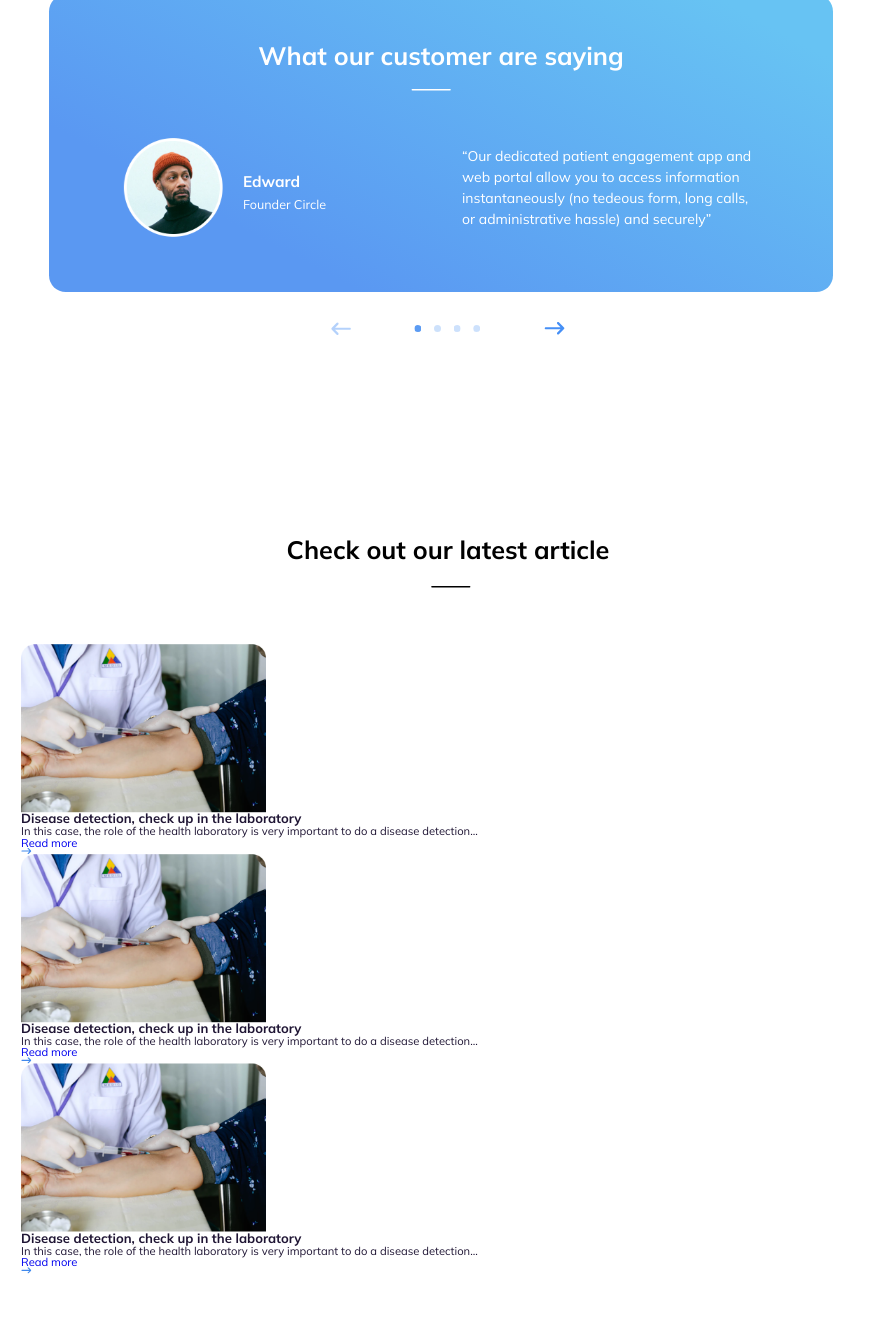
Repository: tungcutte35/Trafalgar
Page: index.html
These files come from the project's save history. The page is drawn as it stood at one moment and after the next save; the edit follows.
The browser window is 1280 px wide. The pictures show the part of the page from y = 3685 to 5605 px (the page is 5605 px tall), at 70% of full size.
The style sheet was rebuilt from its Sass, Less or Tailwind sources for each picture, by a compiler version that may differ from the author's.

Above is the page before, as saved 2021-10-19 15:58:42.

### index.html
<!DOCTYPE html>
<html lang="en">
<head>
  <meta charset="UTF-8">
  <meta http-equiv="X-UA-Compatible" content="IE=edge">
  <meta name="viewport" content="width=device-width, initial-scale=1.0">
  <title>Trafalgar</title>
  <link rel="stylesheet" href="./sass/css/app.css">
  <link rel="preconnect" href="https://fonts.googleapis.com">
  <link rel="preconnect" href="https://fonts.gstatic.com" crossorigin>
  <link href="https://fonts.googleapis.com/css2?family=Mulish:wght@300;400;700&display=swap" rel="stylesheet">
 <link rel="stylesheet" href="./font/fontawesome-free-5.15.4-web/css/all.min.css">
</head>
<body>
  <div class="wrapper">
    <header class="header">
    <div class="container">
      <div class="header-main">
        <img srcset="./Images/logo.png 2x" alt="" class="header-img">
        <ul class="menu">
          <li class="menu-item">
            <a href="#" class="menu-link menu-firsd">Home</a>
          </li>
          <li class="menu-item">
            <a href="#" class="menu-link">Find a doctor</a>
          </li>
          <li class="menu-item">
            <a href="#" class="menu-link">Apps</a>
          </li>
          <li class="menu-item">
            <a href="#" class="menu-link">Testimonials</a>
          </li>
          <li class="menu-item">
            <a href="#" class="menu-link">About us</a>
          </li>
          <li class="menu-log">
            <a href="#" class="button button--outline ">Login</a>
          </li>
          <li class="menu-log">
            <a href="#" class="button button--primary ">Logup</a>
          </li>
        </ul>
      </div>
    </div>
    </header>
    <section class="virtual">
      <div class="container">
        <div class="virtual-main">
          <div class="virtual-firsd">
            <h2 class="virtual-heading">Virtual
              for you</h2>
            <p class="text virtual-content">Trafalgar provides progressive, and affordable healthcare, accessible on mobile and online for everyone</p>
            <a href="#" class="button button--primary">Consult today</a>
          </div>
          <div class="virtual-img">
            <img srcset="./Images/img1.png 2x" alt="" class="virtual-imgs">
          </div>
        </div>
      </div>
    </section>
    <secction class="sevices">
      <div class="container">
        <div class="sevices-header">
          <h3 class="heading sevices-heading">Our services</h3>
          <p class="text sevices-content">We provide to you the best choiches for you. Adjust it to your health needs and make sure your undergo treatment with our highly qualified doctors you can consult with us which type of service is suitable for your health</p>
        </div>
        <div class="sevices-main">
          <div class="sevices-item">
            <div class="sevices-price">
            <img class="sevices-img" srcset="./Images/icon1.png 2x" alt="">
            </div>
            <h4 class="heading sevices-title">Search doctor</h4>
            <p class="text sevices-desc">Choose your doctor from thousands of specialist, general, and trusted hospitals</p>
          </div>
          <div class="sevices-item">
            <div class="sevices-price">
            <img class="sevices-img" srcset="./Images/icon2.png 2x" alt="">
            </div>
            <h4 class="heading sevices-title">Online pharmacy</h4>
            <p class="sevices-desc">Buy  your medicines with our mobile application with a simple delivery system</p>
          </div>
          <div class="sevices-item">
            <div class="sevices-price">
            <img class="text sevices-img" srcset="./Images/icon3.png 2x" alt="">
            </div>
            <h4 class="heading sevices-title">Consultation</h4>
            <p class="sevices-desc">Free consultation with our trusted doctors and get the best recomendations</p>
          </div>
          <div class="sevices-item">
            <div class="sevices-price">
            <img class="sevices-img" srcset="./Images/icon4.png 2x" alt="">
            </div>
            <h4 class="heading sevices-title">Details info</h4>
            <p class="text sevices-desc">Free consultation with our trusted doctors and get the best recomendations</p>
          </div>
          <div class="sevices-item">
            <div class="sevices-price">
            <img class="sevices-img" srcset="./Images/icon5.png 2x" alt="">
            </div>
            <h4 class="heading sevices-title">Emergency care</h4>
            <p class="text sevices-desc">You can get 24/7 urgent care for yourself or your children and your lovely family</p>
          </div>
          <div class="sevices-item">
            <div class="sevices-price">
            <img class="sevices-img" srcset="./Images/icon6.png 2x" alt="">
            </div>
            <h4 class="heading sevices-title">Tracking</h4>
            <p class="text sevices-desc">Track and save your medical history and health data </p>
          </div>
        </div>
        <a href="" class="button button--outline sevices-more">Learn more</a>
      </div>
    </secction>
    <section class="lead">
      <div class="container">
        <div class="lead-main">
          <div class="lead-img">
            <img srcset="./Images/img2.png 2x" alt="">
          </div>
          <div class="lead-firsd">
            <h3 class="heading lead-heading">
              Leading healthcare providers
            </h3>
          <div class="lead-title">
            <p class="text lead-content">
              Trafalgar provides progressive, and affordable healthcare, accessible on mobile and online for everyone. To us, it’s not just work. We take pride in the solutions we deliver
            </p>
          </div>
            <a href="#" class="button button--outline">Learn more</a>
          </div>


        </div>
      </div>
    </section>
    <section class="download">
      <div class="container">
        <div class="download-main">
          <div class="dowload-firds">
            <h3 class="heading download-heading">
              Download our mobile apps
            </h3>
            <p class="text download-content">
              Our dedicated patient engagement app and web portal allow you to access information instantaneously (no tedeous form, long calls, or administrative hassle) and securely
            </p>
            <a href="#" class="button button--outline">
              <span>Download</span>
              <img class="download-icon" src="./Images/Bottom.svg" alt="">
            </a>
          </div>
          <img srcset="./Images/img3.png 2x" alt="" class="download-img">
        </div>
      </div>
    </section>
    <section class="customer">
      <div class="container">
        <div class="customer-main">
          <div class="customer-firds">
            <h3 class="heading customer-heading">
              What our customer are saying
            </h3>
          </div>
          <div class="customer-seconds">
            <div class="customer-highlight">
              <img class="customer-img" srcset="./Images/avt.png 2x" alt="">
              <div class="customer-name">
                <p class="heading customer-name-firsd">Edward</p>
                <p class="customer-name-seconds">
                  Founder Circle
                </p>
              </div>
            </div>
            <div class="customer-contents">
              <p class="customer-content">
                “Our dedicated patient engagement app and web portal allow you to access information instantaneously (no tedeous form, long calls, or administrative hassle) and securely”
              </p>
            </div>
          </div>
        </div>
        <div class="customer-toolbar">
         <div class="customer-left">
          <img src="./Images/Left.svg " alt="" class="img-left">
         </div>
         <ul class="customer-list">
           <li class="customer-item">
             <img src="./Images/dots.svg " alt="">
           </li>
           <li class="customer-item">
            <img src="./Images/dots-opa.svg " alt="">
          </li>
          <li class="customer-item">
            <img src="./Images/dots-opa.svg " alt="">
          </li>
          <li class="customer-item">
            <img src="./Images/dots-opa.svg " alt="">
          </li>
         </ul>
         <div class="customer-right">
          <img src="./Images/Right.svg " alt="" class="img-left">
         </div>
        </div>
      </div>
    </section>
    <section class="checkout">
      <div class="container">
        <div class="checkout-main">
          <div class="checkout-header">
            <h3 class="checkout-heading heading">Check out our latest article</h3>
          </div>
          <div class="checkout-list">
            <div class="checkout-item">
              <div class="checkout-img">
                <img srcset="./Images/desc1.png 2x" alt="">
              </div>
              <div class="checkout-desc">
                <h3 class="checkout-title">
                  Disease detection, check
                  up in the laboratory
                </h3>
                <p class="checkout-content">
                  In this case, the role of the health laboratory is very important to do a disease detection...
                </p>
                <a href="#" class="checkout-more">
                  Read more
                  <img src="./Images/Right-more.svg " alt="">
                </a>
              </div>
            </div>
            <div class="checkout-item">
              <div class="checkout-img">
                <img srcset="./Images/desc1.png 2x" alt="">
              </div>
              <div class="checkout-desc">
                <h3 class="checkout-title">
                  Disease detection, check
                  up in the laboratory
                </h3>
                <p class="checkout-content">
                  In this case, the role of the health laboratory is very important to do a disease detection...
                </p>
                <a href="#" class="checkout-more">
                  Read more
                  <img src="./Images/Right-more.svg " alt="">
                </a>
              </div>
            </div>
            <div class="checkout-item">
              <div class="checkout-img">
                <img srcset="./Images/desc1.png 2x" alt="">
              </div>
              <div class="checkout-desc">
                <h3 class="checkout-title">
                  Disease detection, check
                  up in the laboratory
                </h3>
                <p class="checkout-content">
                  In this case, the role of the health laboratory is very important to do a disease detection...
                </p>
                <a href="#" class="checkout-more">
                  Read more
                  <img src="./Images/Right-more.svg " alt="">
                </a>
              </div>
            </div>
          </div>
        </div>
      </div>
    </section>
  </div>
<!-- sass app.scss css/app.css --watch -->

</body>
</html>

### sass/app.scss
@import "reset";
@import "variables";
@import "global";
@import "header";
@import "./menu";
@import "./virtual";
@import "./sevices";
@import "./lead";
@import "./download";
@import "./customer";
@import "./checkout";

### sass/_variables.scss
$font: "Mulish", sans-serif;
$gray: #1f1534;
$heading-color: #000000;
$primary-color: #458ff6;
$footer-color: #fff;
$text-color: #7d7987;

### sass/_global.scss
.wrapper {
  max-width: 1600px;
  margin: 0 auto;
}
.container {
  max-width: 1260px;
  margin: 0 auto;
  padding: 0 20px;
}
body {
  font-family: $font;
  line-height: 1;
  font-size: 16px;
  color: $gray;
}
ul {
  list-style-type: none;
}
.button {
  display: inline-flex;
  justify-content: center;
  align-items: center;
  font-size: 18px;
  font-weight: 700;
  height: 50px;
  padding: 0 40px;
  border-radius: 55px;
  background-color: transparent;
  border: 0;
  outline: none;
  cursor: pointer;
  &--primary {
    color: #fff;
    background-color: $primary-color;
  }
  &--outline {
    color: $primary-color;
    border: 1.4px solid $primary-color;
  }
}
.heading {
  color: black;
  font-weight: 700;
}
.text {
  font-size: 18px;
  font-weight: 300;
  color: $text-color;
  line-height: calc(30 / 18);
}

### sass/_header.scss
.header {
  padding-top: 56px;
  margin-bottom: 70px;
  &-main {
    display: flex;
    justify-content: space-between;
    align-items: center;
  }
  &-log {
    display: flex;
    justify-content: space-between;
    align-items: center;
    gap: 0 40px;
  }
}

### sass/_menu.scss
.menu {
  display: flex;
  align-items: center;
  gap: 0 30px;
  &-link {
    color: #8f8a9a;
    font-size: 18px;
  }
  &-firsd {
    color: $gray;
    font-weight: 700;
  }
  &-link:after {
    display: block;
    content: "";
    border-bottom: solid 2px $primary-color;
    transform: scaleX(0);
    transition: transform 250ms ease-in-out;
  }
  &-link:hover:after {
    transform: scaleX(1);
  }
  &-link:hover {
    color: $primary-color;
  }
}

### sass/_virtual.scss
.virtual {
  margin-bottom: 175px;
  &-main {
    display: flex;
    justify-content: space-between;
    align-items: center;
  }
  &-firsd {
    width: 100%;
    max-width: 445px;
    padding-right: 2px;
  }
  &-heading {
    font-size: 48px;
    width: 100%;
    max-width: 197px;
    line-height: calc(56 / 48);
    margin-bottom: 25px;
  }
  &-content {
    font-size: 21px;
    font-weight: 300;
    line-height: calc(32 / 21);
    margin-bottom: 45px;
  }
}

### sass/_sevices.scss
.sevices {
  &-header {
    max-width: 952px;
    margin: 0 auto 35px;
    text-align: center;
  }
  &-heading {
    font-size: 36px;
    line-height: calc(56 / 36);
    position: relative;
    &::after {
      content: "";
      position: absolute;
      bottom: -23px;
      left: 47%;
      width: 56px;
      height: 2px;
      background-color: black;
    }
  }
  &-content {
    display: flex;
    align-items: center;
    justify-content: center;
    margin-top: 50px;
  }
  &-main {
    display: grid;
    grid-template-columns: repeat(3, 1fr);
    grid-gap: 37px 34px;
    max-width: 1120px;
    margin: 35px 40px;
    position: relative;
  }
  &-item {
    height: 350px;
    background-color: #fff;
    border-radius: 20px;
    box-shadow: 10px 40px 50px rgba(229, 233, 246, 0.4);
  }
  &-img {
    padding: 54px 0 23px 37px;
  }
  &-title {
    font-size: 24px;
    padding: 0 0 1px 38px;
  }
  &-desc {
    font-size: 16px;
    font-weight: 300;
    line-height: calc(28 / 16);
    max-width: 266px;
    margin-left: 38px;
  }
  &-price {
    height: 170px;
    width: auto;
  }
  &-more {
    margin: 125px 0 190px 0;
    margin-left: 42%;
  }
}

### sass/_lead.scss
.lead {
  margin-bottom: 230px;
  &-main {
    display: flex;
    justify-content: space-between;
    align-items: center;
    gap: 0 137px;
  }
  &-img {
    width: 100%;
    max-width: 650px;
  }
  &-firsd {
    max-width: 486px;
    margin-top: -30px;
  }
  &-heading {
    font-size: 36px;
    line-height: calc(56 / 36);
    margin-bottom: 60px;
    position: relative;

    &::after {
      content: "";
      position: absolute;
      width: 56px;
      height: 2px;
      bottom: -26px;
      left: 0;
      border-radius: 10px;
      background-color: black;
    }
  }
  &-content {
    max-width: 430px;
    height: auto;
    font-size: 20px;
    line-height: calc(30 / 18);
    margin-bottom: 37px;
  }
}

### sass/_download.scss
.download {
  margin-bottom: 250px;
  margin-left: 62px;
  &-main {
    display: flex;
    justify-content: space-between;
    align-items: center;
    gap: 0 71px;
    width: 100%;
    max-width: 1156px;
    position: relative;
  }
  &-firsd {
    max-width: 420px;
    padding-left: 145px;
  }
  &-heading {
    max-width: 254px;
    font-size: 36px;
    line-height: calc(47 / 36);
    padding-bottom: 66px;
    position: relative;
    &::after {
      content: "";
      position: absolute;
      width: 56px;
      height: 2px;
      bottom: 40px;
      left: 0;
      border-radius: 6px;
      background-color: black;
    }
  }
  &-content {
    max-width: 410px;
    font-size: 20px;
    line-height: calc(30 / 18);
    margin-bottom: 37px;
  }
  &-icon {
    padding-left: 15px;
  }
}

### sass/_customer.scss
.customer {
  margin-bottom: 278px;
  &-main {
    max-width: 1120px;
    margin-left: 40px;
    background: linear-gradient(208.18deg, #67c3f3 9.05%, #5a98f2 76.74%);
    border-radius: 24px;
    margin-bottom: 42px;
  }
  &-firds {
    display: flex;
    align-items: center;
    justify-content: center;
  }
  &-heading {
    max-width: 522px;
    font-size: 36px;
    color: white;
    line-height: calc(48 / 36);
    margin-top: 64px;
    position: relative;
    margin-bottom: 93px;
    &::after {
      content: "";
      position: absolute;
      bottom: -25px;
      left: 42%;
      width: 56px;
      height: 2px;
      background-color: white;
      border-radius: 6px;
    }
  }
  &-seconds {
    display: flex;
    justify-content: space-between;
    align-items: center;
    gap: 0 175px;
    margin-left: 192px;
  }
  &-img {
    max-width: 141px;
    height: 141px;
  }
  &-highlight {
    max-width: 119px;
    display: flex;
    align-items: center;
    justify-content: center;
    gap: 0 29px;
    margin-bottom: 79px;
  }

  &-name-firsd {
    font-size: 22px;
    line-height: calc(48 / 22);
    color: white;
  }
  &-name-seconds {
    font-size: 18px;
    font: 400px;
    color: white;
    width: 119px;
  }
  &-content {
    width: 100%;
    max-width: 420px;
    font-size: 20px;
    line-height: calc(30 / 20);
    color: white;
    margin-bottom: 79px;
    margin-right: 110px;
  }
  &-toolbar {
    display: flex;
    align-items: center;
    justify-content: center;
    gap: 0 90px;
  }
  &-list {
    display: flex;
    align-items: center;
    gap: 0 18px;
  }
  &-item {
    height: 10px;
    width: 10px;
  }
  &-left {
    opacity: 0.4;
  }
}

### sass/_checkout.scss
.checkout {
  margin-bottom: 100px;
  &-main {
  }
  &-header {
    text-align: center;
    margin-bottom: 107px;
  }
  &-heading {
    font-size: 36px;
    line-height: calc(56 / 36);
    position: relative;
    &::after {
      content: "";
      position: absolute;
      height: 2px;
      width: 56px;
      bottom: -26px;
      left: 48%;
      border-radius: 5px;
      background-color: black;
    }
  }
}

Loaded but not shown: font/fontawesome-free-5.15.4-web/css/all.min.css (library); sass/_reset.scss (common file)

After the next save:
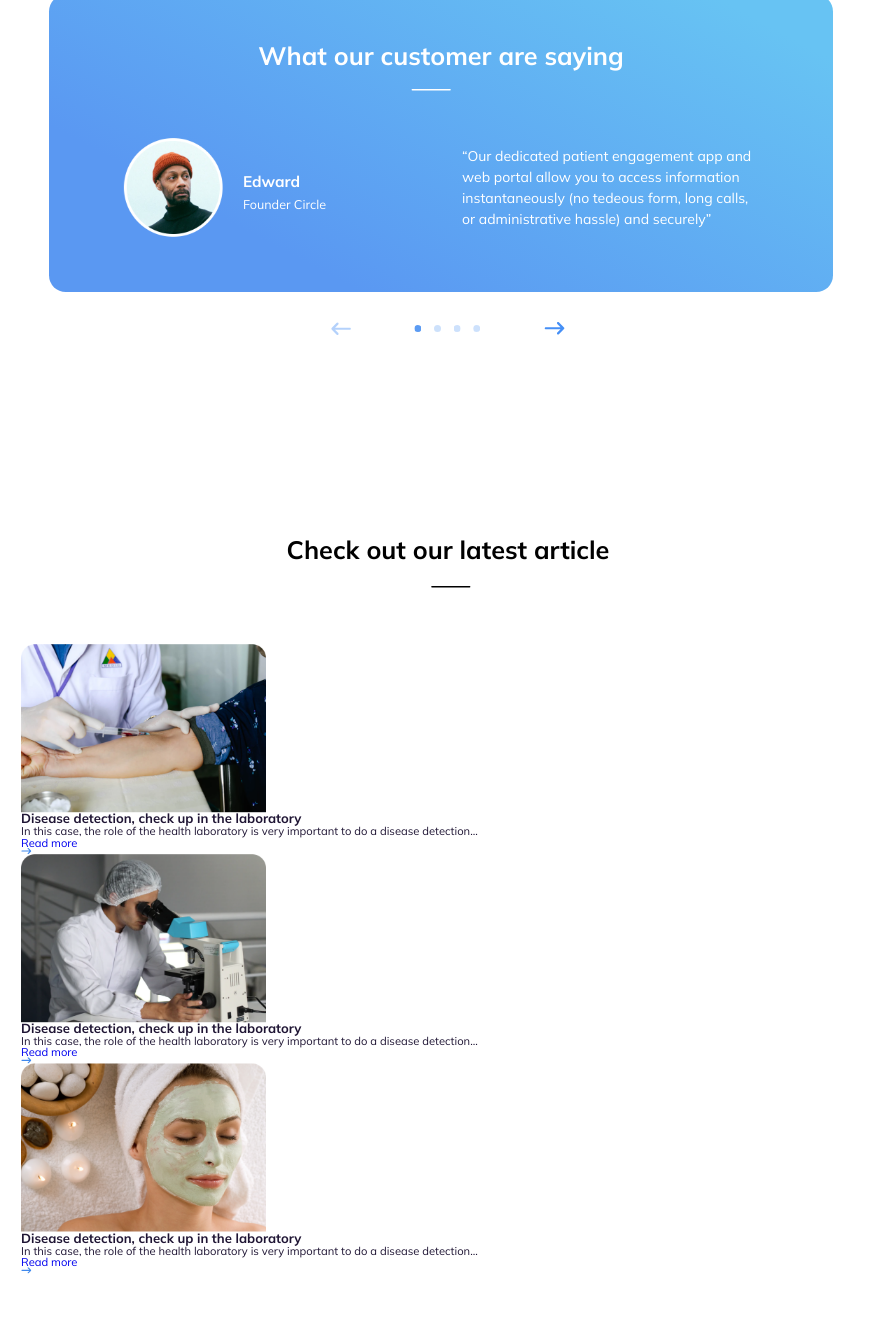
Saved 17 s later.
--- a/index.html
+++ b/index.html
@@ -228,7 +228,7 @@
             </div>
             <div class="checkout-item">
               <div class="checkout-img">
-                <img srcset="./Images/desc1.png 2x" alt="">
+                <img srcset="./Images/desc2.png 2x" alt="">
               </div>
               <div class="checkout-desc">
                 <h3 class="checkout-title">
@@ -246,7 +246,7 @@
             </div>
             <div class="checkout-item">
               <div class="checkout-img">
-                <img srcset="./Images/desc1.png 2x" alt="">
+                <img srcset="./Images/desc3.png 2x" alt="">
               </div>
               <div class="checkout-desc">
                 <h3 class="checkout-title">
